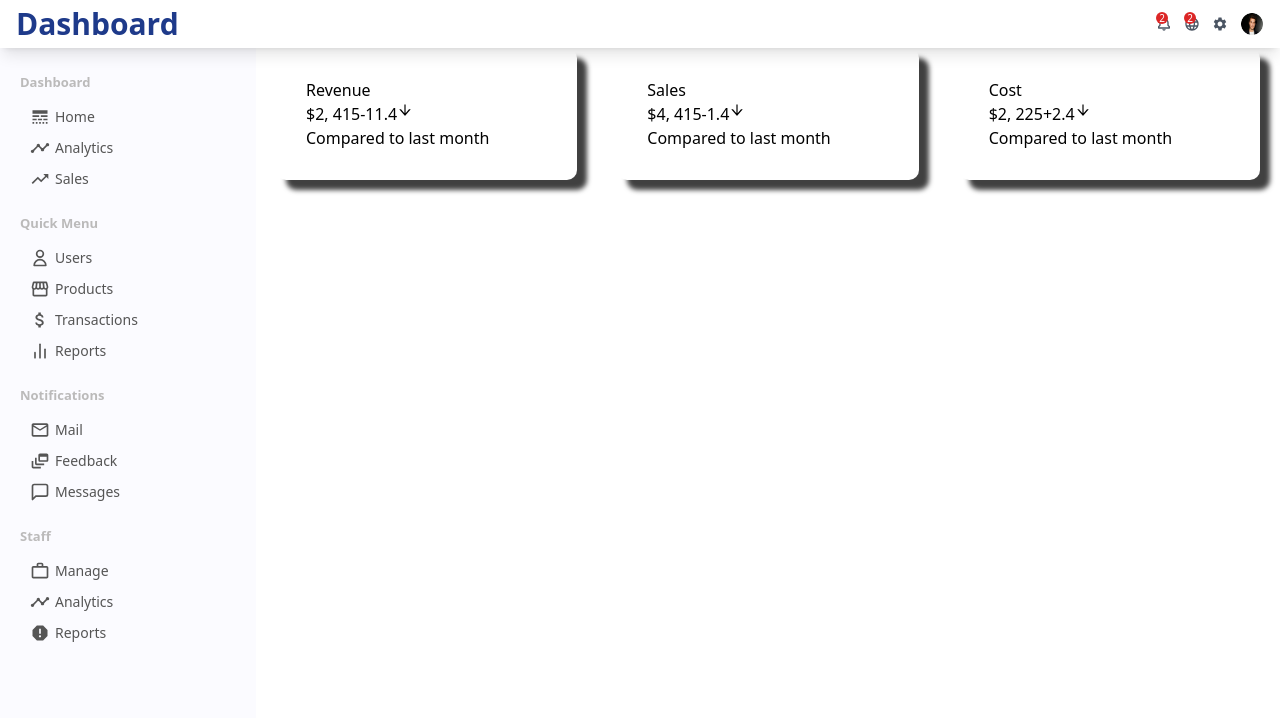
Repository: nation430/React-AdminDashboard
Page: /
An editor plug-in stored every save of this project. The page is shown before and after the next save, followed by the edit.
The browser window is 1280 px wide. The pictures show the whole page.
The project was rebuilt for these pictures with package versions that can differ from the ones it lists, and the page was loaded fresh each time.

Above is the page before, as saved 2022-08-18 14:57:19.

After the next save:
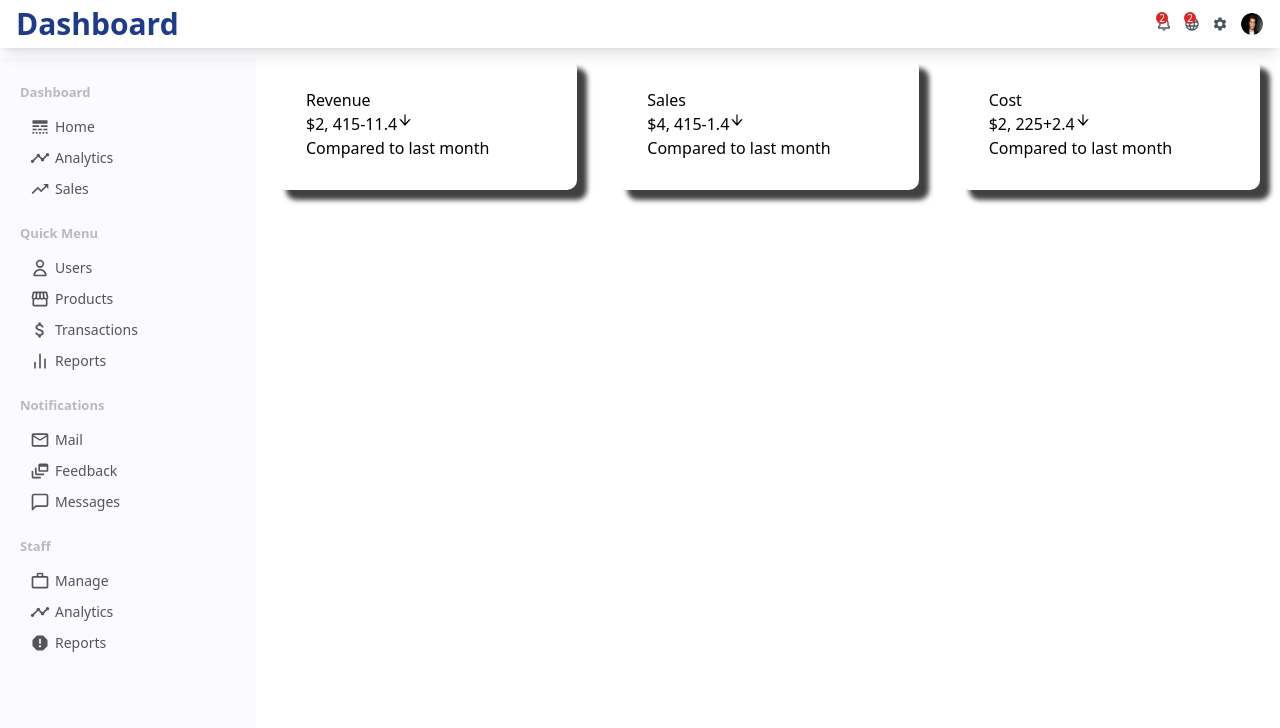
Saved 10 min 26 s later.
--- a/src/app.css
+++ b/src/app.css
@@ -21,3 +21,7 @@ h3{
     font-size: 1.17em ;
     font-weight: bolder;
 }
+
+.wrapper{
+    margin-top:10px;
+}
